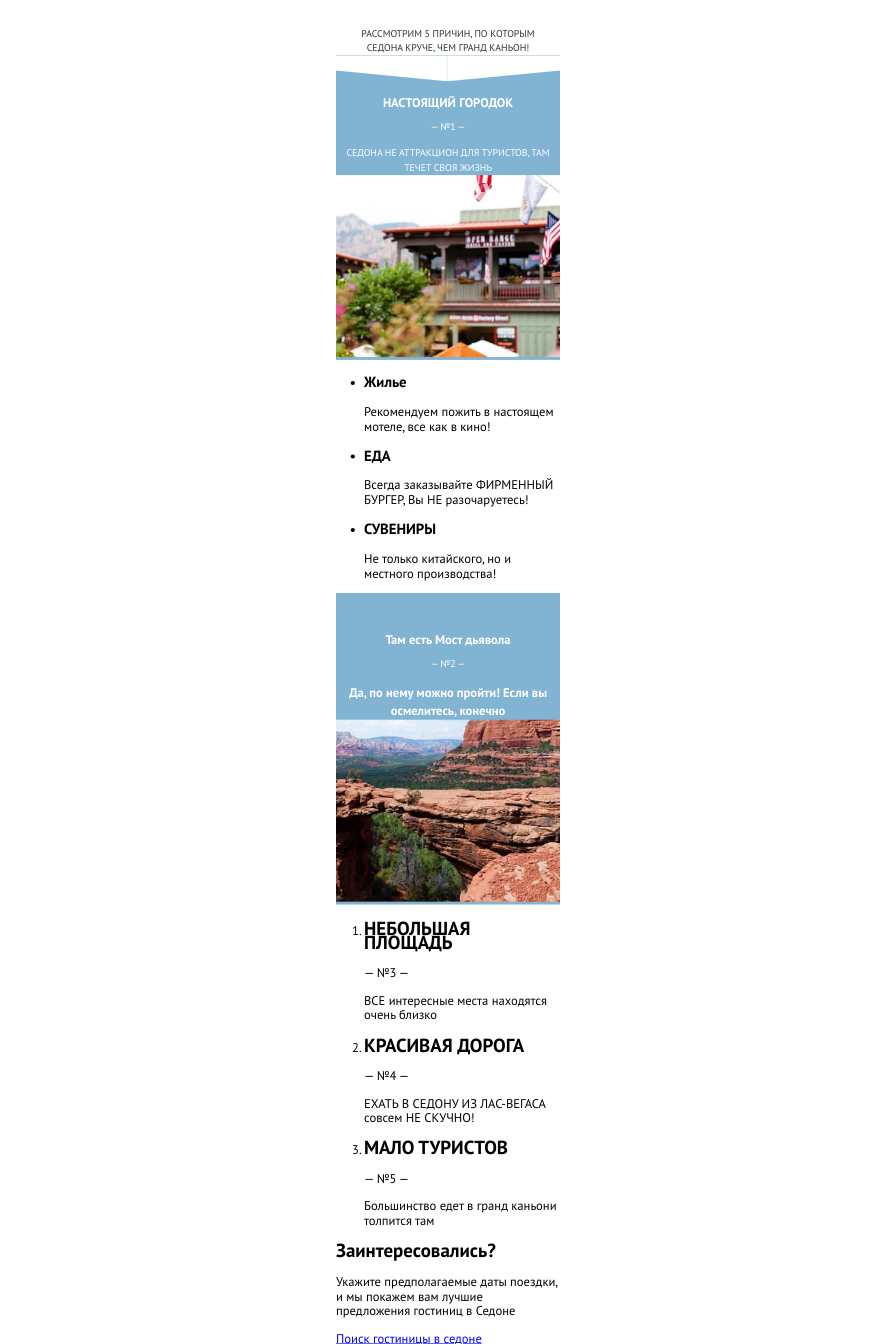
Repository: iKrekus/2149661-sedona-27
Page: source/index.html
These files come from the project's save history. The page is drawn as it stood at one moment and after the next save; the edit follows.
The browser window is 1280 px wide. The pictures show the part of the page from y = 553 to 2473 px (the page is 2946 px tall before and 2932 px after), at 70% of full size.
The style sheet was rebuilt from its Sass, Less or Tailwind sources for each picture, by a compiler version that may differ from the author's.

Above is the page before, as saved 2022-12-04 21:21:15.

After the next save:
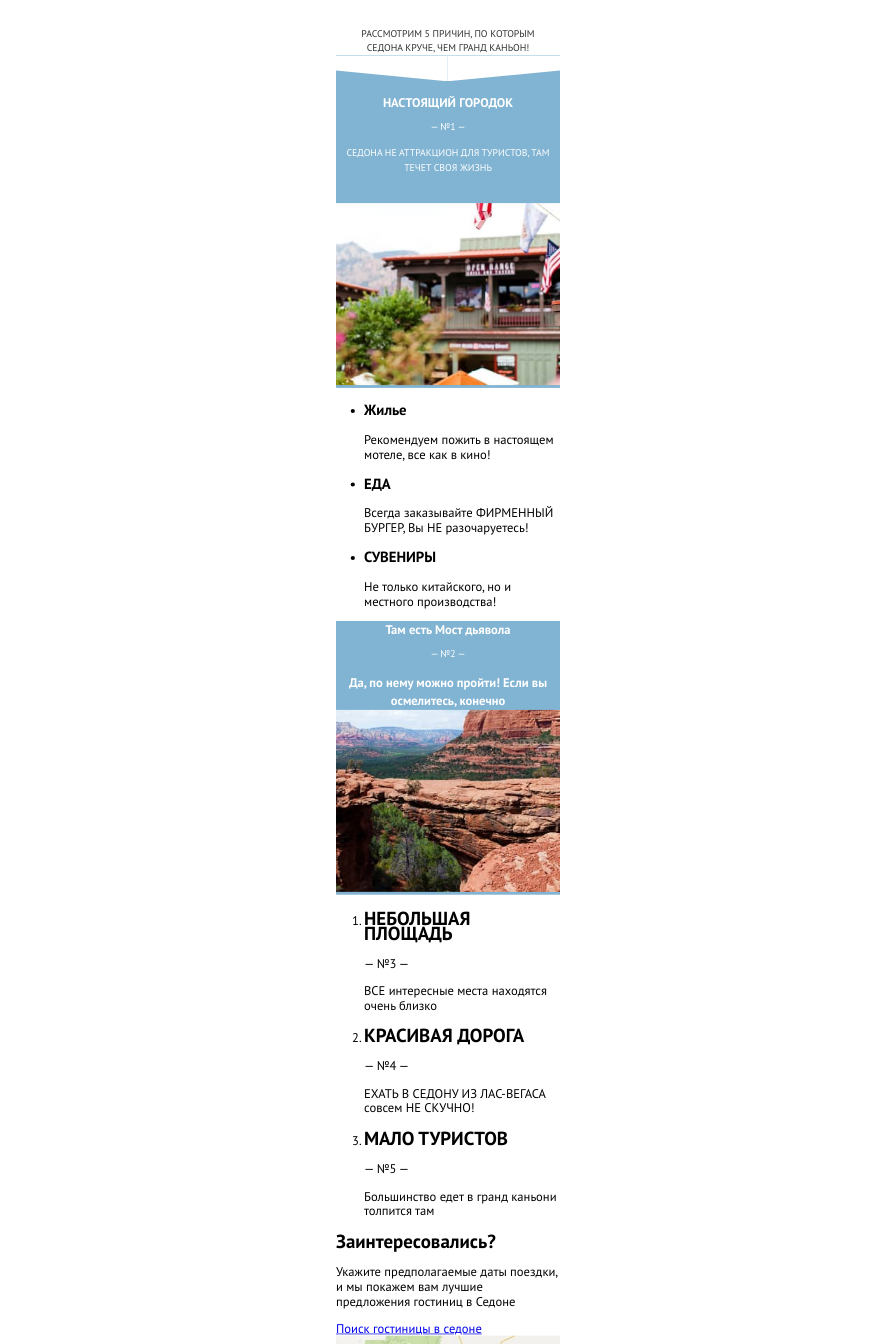
Saved 40 s later.
--- a/source/sass/blocks/body/features.scss
+++ b/source/sass/blocks/body/features.scss
@@ -3,8 +3,12 @@
 
 .features {
   background-color: #81b3d2;
+  text-align: center;
+}
+
+.features-wrapper {
   padding-top: 54px;
-  text-align: center;
+  padding-bottom: 40px;
 }
 
 .features__features-title {
